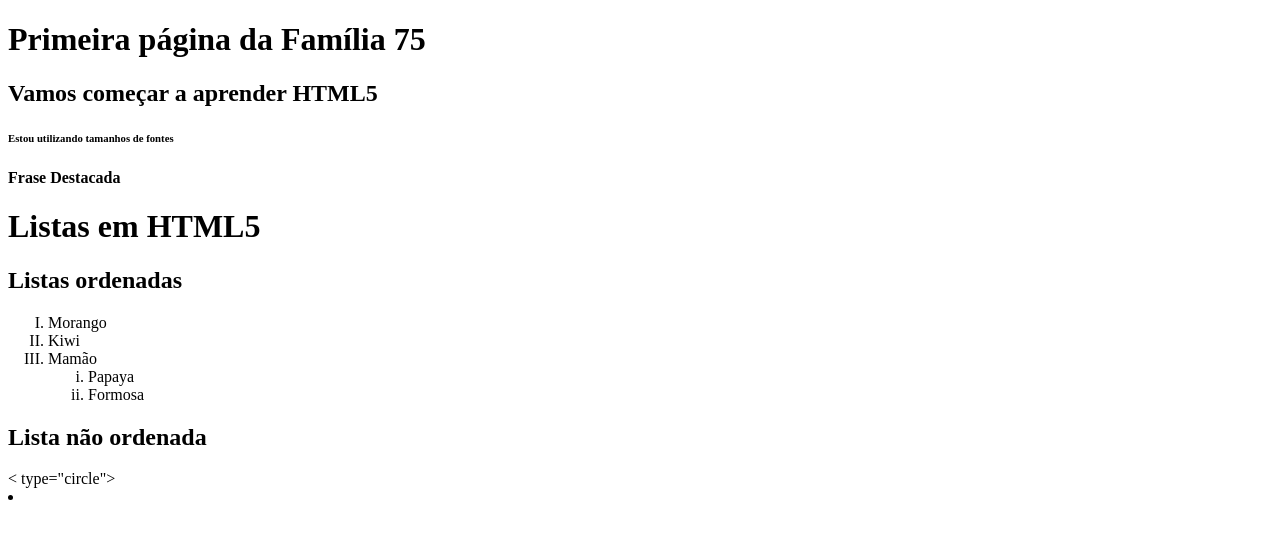
Repository: Thichi99/BootcampGen75
Page: Familia75/index.html
These files come from the project's save history. The page is drawn as it stood at one moment and after the next save; the edit follows.
The browser window is 1280 px wide. The pictures show the whole page.

Above is the page before, as saved 2024-07-26 10:56:52.

After the next save:
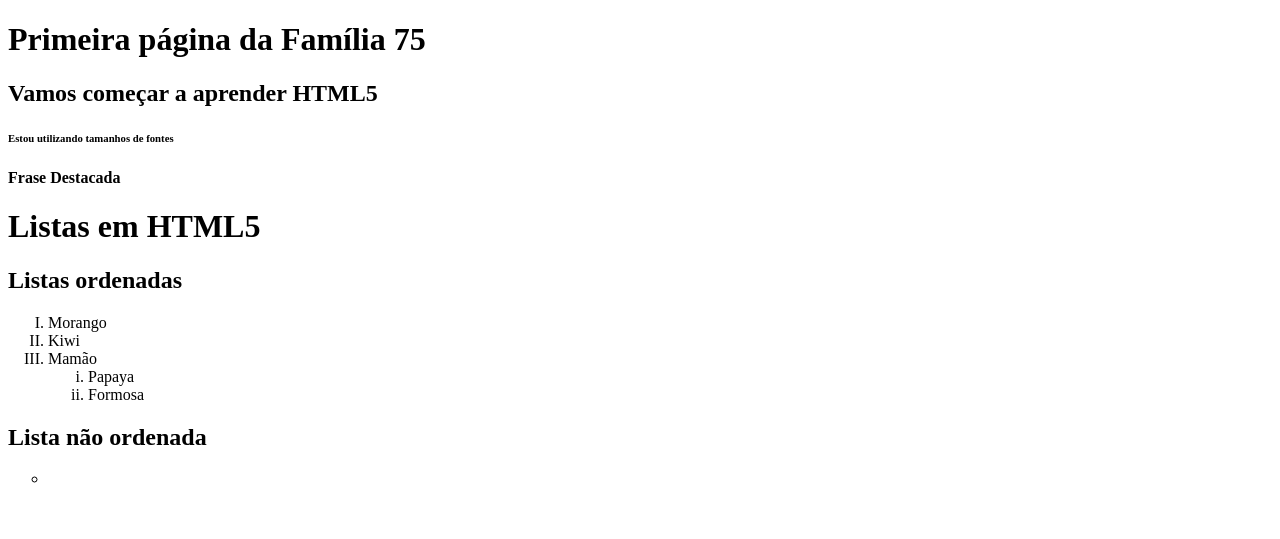
Saved 6 s later.
--- a/Familia75/index.html
+++ b/Familia75/index.html
@@ -26,7 +26,7 @@
         </li>
    </ol>
    <h2>Lista não ordenada</h2>
-   < type="circle">
+   <ul type="circle">
         <li></li>
    </ul>
 </body>
